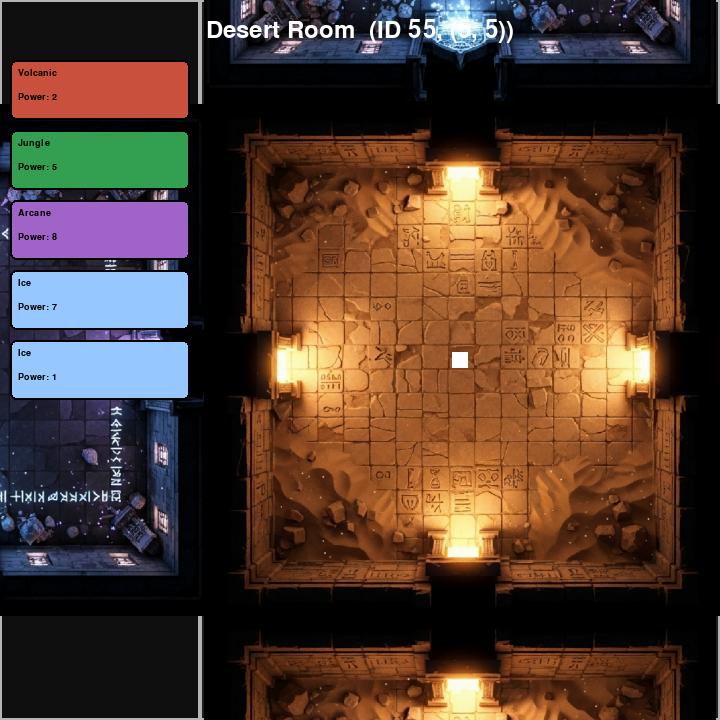
Repository: MehediMim/GateBound
Script's output: python main.py
These files come from the project's save history. The script's output is drawn as it stood at one moment and after a run of saves; the edit follows.
The window is shown after at most 60 frames with no key pressed. Random numbers start from a fixed seed. It also reads assets/bg_arcane.png, assets/bg_desert.png, assets/bg_ice.png, assets/bg_jungle.png, assets/bg_volcanic.png.

Above is the script's output before, as saved 2026-01-26 18:42:04.

After the next 3 saves:
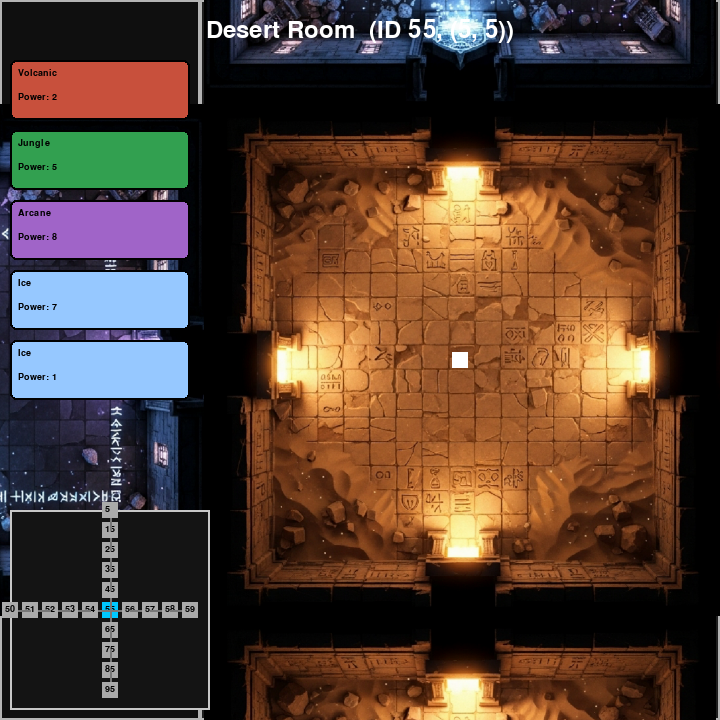
The 3 saves are shown as one change because they came seconds apart.
The last was saved 21 s later.
--- a/main.py
+++ b/main.py
@@ -391,6 +391,11 @@ while True:
     # Player
     pygame.draw.rect(screen, (255, 255, 255), player)
 
+    # ---------- UI ----------
+    draw_cards()
+    draw_minimap()
+
+
     # Label
     label = font.render(f"{room['type']} Room  (ID {current}, {room['pos']})", True, (255, 255, 255))
     screen.blit(label, (SCREEN // 2 - label.get_width() // 2, 18))
